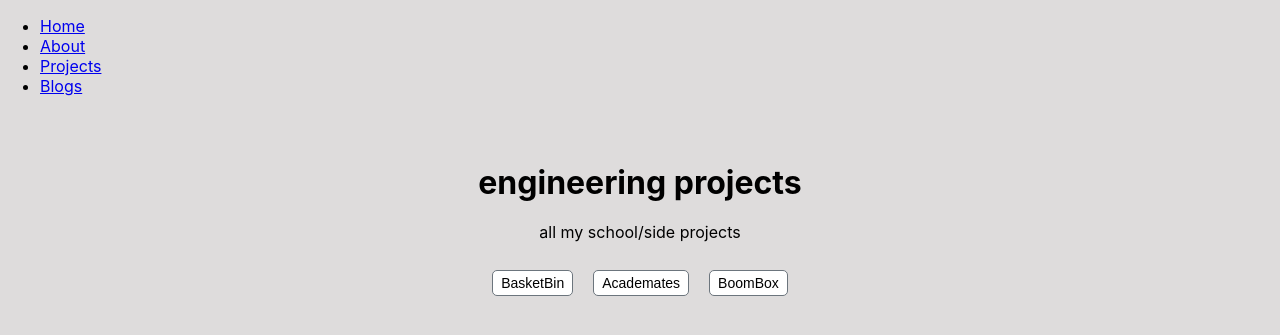
Repository: nicholaschen09/personalWebsite
Page: /projects/engineering
The author's editor kept a copy of each file at every save. The page is drawn from the files as they stood at one save, then again after the next save.
The browser window is 1280 px wide. The pictures show the whole page.
The project was rebuilt for these pictures with package versions that can differ from the ones it lists, and the page was loaded fresh each time. Also part of the build but not shown: src/components/About.css, src/components/About.js, src/components/Home.js, src/components/Projects.css, src/components/Projects.js, src/components/Blog.css, src/components/Blog.js, src/components/Miscellaneous.css and 4 more.

Above is the page before, as saved 2024-08-10 11:01:29.

After the next save:
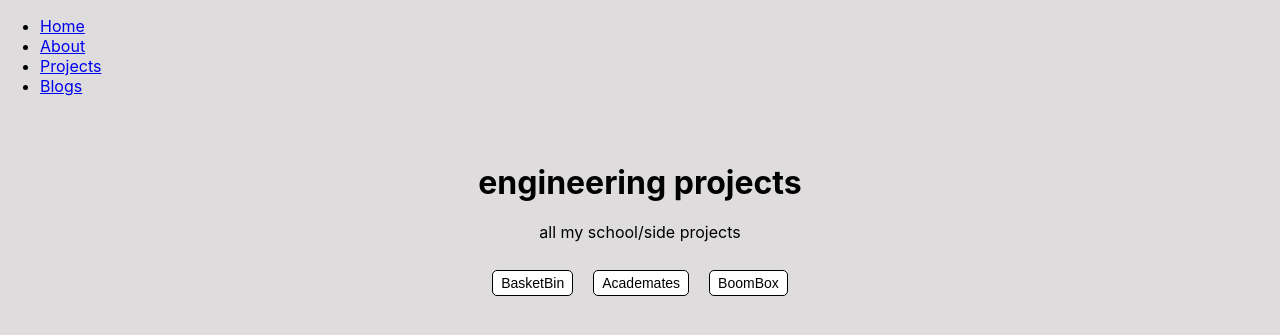
Saved 6 s later.
--- a/src/components/Engineering.css
+++ b/src/components/Engineering.css
@@ -13,7 +13,7 @@
 }
 
 .engineering button {
-    border: 1px solid #6c757d; /* Grey border */
+    border: 1px solid #000000; /* Grey border */
     padding: 4px 8px; /* Smaller padding */
     background-color: #fff; /* White background */
     color: #000000; /* Grey text */
